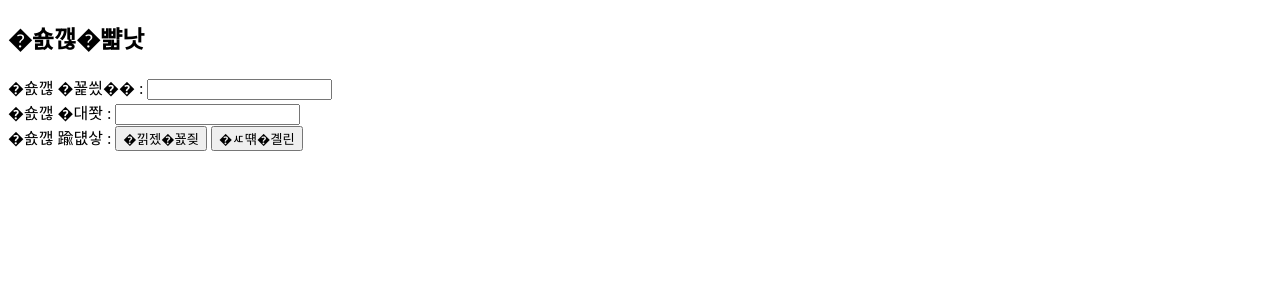
Repository: sunyeongan/Univ_lecture
Page: WebSever_2022/work/week12/week12/src/main/webapp/form.html
An editor plug-in stored every save of this project. The page is shown before and after the next save, followed by the edit.
The browser window is 1280 px wide. The pictures show the whole page.

Above is the page before, as saved 2022-05-17 02:09:01.

After the next save:
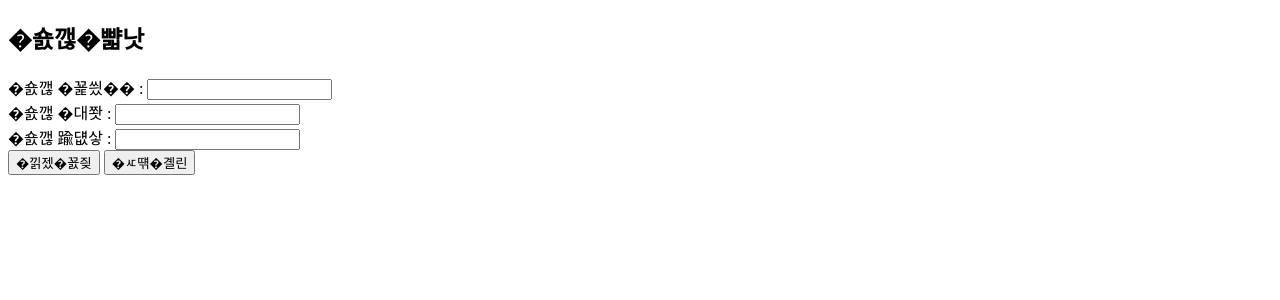
Saved 11 s later.
--- a/WebSever_2022/work/week12/week12/src/main/webapp/form.html
+++ b/WebSever_2022/work/week12/week12/src/main/webapp/form.html
@@ -9,7 +9,7 @@
 	<form method = post action = form.jsp>
 	학생 아이디 : <input type = text name = id ><br>
 	학생 이름  : <input type = text name = Sname><br>
-	학생 번호 :
+	학생 번호 : <input type = text name = call><br>
 	<input type="submit" value = "입력완료">
 	<input type="submit" value = "다시쓰기">
 	</form>
